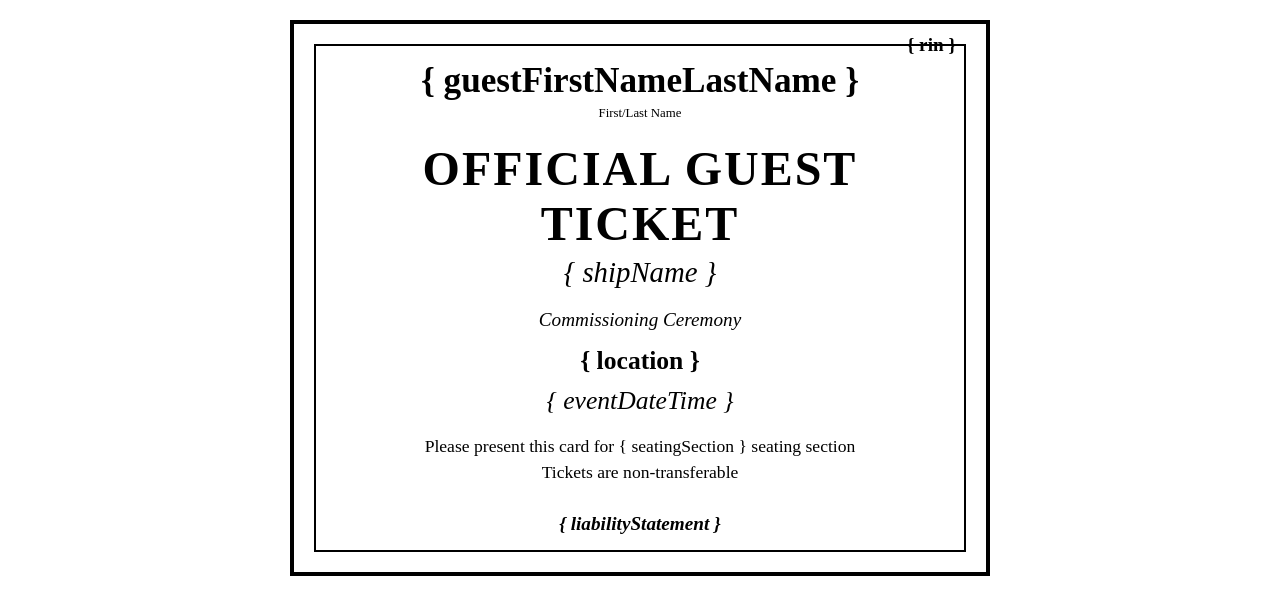
Repository: yaleevans/SabelWeasyPrintPDFLambda
Page: event_ticket_template.html
An editor plug-in stored every save of this project. The page is shown before and after the next save, followed by the edit.
The browser window is 1280 px wide. The pictures show the whole page.

Above is the page before, as saved 2025-10-17 10:22:11.

### event_ticket_template.html
<!DOCTYPE html>
<html>
<head>
    <title>Official Guest Ticket</title>
    <style>
        body {
            margin: 0;
            padding: 0;
            font-family: 'Times New Roman', Times, serif;
            background-color: white;
        }
        .ticket-container {
            border: 4px solid black;
            padding: 20px;
            margin: 20px auto;
            text-align: center;
            color: black;
            box-sizing: border-box;
            width: 700px;
            position: relative;
            height: auto; /* Ensures content dictates height */
        }
        .inner-border {
            border: 2px solid black;
            padding: 15px;
            box-sizing: border-box;

            /* FIX: Removed all Flexbox properties to ensure the container
               only takes the minimum height required for its content. */
            display: block;
            height: auto;
        }
        /* --- NEW CSS FOR OVERLAY --- */
        .ticket-number-overlay {
            position: absolute;
            top: 5px;
            right: 25px;
            padding: 5px;
            font-size: 1.2em;
            font-weight: bold;
            color: black;
            background-color: transparent;
            z-index: 10;
        }
        /* --- CRITICAL FIX: ALL TEXT STYLING CSS IS RE-ADDED HERE --- */
        .content {
            /* FIX: Removed Flexbox properties. Uses standard block flow. */
            display: block;
            width: 100%;
            /* The text-align: center from .ticket-container handles horizontal centering */
        }
        /* All inner elements are block-level and will respect their margins to control spacing */
        .guest-name {
            font-size: 2.2em;
            font-weight: bold;
            margin-bottom: 5px;
        }
        .guest-name-label {
            font-size: 0.8em;
            margin-bottom: 20px;
            color: black;
        }
        .ticket-title {
            font-size: 3em;
            font-weight: bold;
            letter-spacing: 2px;
            margin-bottom: 5px;
            color: black;
        }
        .ship-name {
            font-size: 1.8em;
            font-style: italic;
            margin-bottom: 20px;
            color: black;
        }
        .commissioning-text {
            font-size: 1.2em;
            font-style: italic;
            margin-bottom: 15px;
            color: black;
        }
        .location {
            font-size: 1.6em;
            font-weight: bold;
            margin-bottom: 10px;
        }
        .datetime {
            font-size: 1.6em;
            font-style: italic;
            margin-bottom: 20px;
        }
        .instructions {
            font-size: 1.1em;
            margin-bottom: 5px;
            color: black;
        }
        .transfer-info {
            font-size: 1.1em;
            margin-bottom: 30px;
            color: black;
        }
        .waiver-text {
            font-size: 1.2em;
            font-style: italic;
            font-weight: bold;
        }
    </style>
</head>
<body>
    <div class="ticket-container">

        <div class="ticket-number-overlay">
            { rin }
        </div>

        <div class="inner-border" style="background-color: { background_color }">
            <div class="content">
                <div class="guest-name">{ guestFirstNameLastName }</div>
                <div class="guest-name-label">First/Last Name</div>

                <div class="ticket-title">OFFICIAL GUEST TICKET</div>
                <div class="ship-name">{ shipName }</div>

                <div class="commissioning-text">Commissioning Ceremony</div>

                <div class="location">{ location }</div>
                <div class="datetime">{ eventDateTime }</div>

                <div class="instructions">Please present this card for { seatingSection } seating section</div>
                <div class="transfer-info">Tickets are non-transferable</div>
            </div>
            <!-- The waiver text needs a top margin if it should be separated from the content above -->
            <div class="waiver-text">
                { liabilityStatement }
            </div>
        </div>
    </div>
</body>
</html>

After the next save:
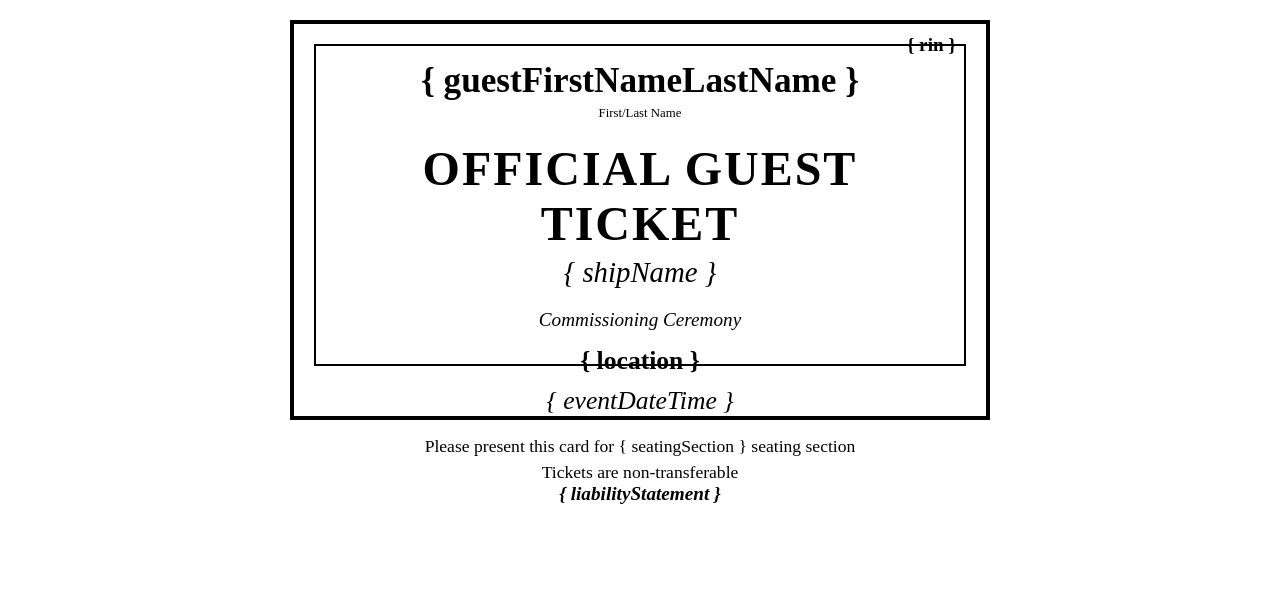
Saved 25 min 59 s later.
--- a/event_ticket_template.html
+++ b/event_ticket_template.html
@@ -3,11 +3,20 @@
 <head>
     <title>Official Guest Ticket</title>
     <style>
+        /* CRITICAL FIX: @page rule removes the default PDF page margins. */
+        @page {
+            margin: 0;
+            /* This ensures the HTML content is the only thing defining the page size,
+               or at least removes the large padding usually applied by the PDF software. */
+        }
+
         body {
             margin: 0;
             padding: 0;
             font-family: 'Times New Roman', Times, serif;
             background-color: white;
+            height: auto;
+            width: auto;
         }
         .ticket-container {
             border: 4px solid black;
@@ -16,19 +25,25 @@
             text-align: center;
             color: black;
             box-sizing: border-box;
+
+            /* FIX: Set EXPLICIT, fixed dimensions for the ticket */
             width: 700px;
+            height: 400px; /* Target height to prevent full-page stretch */
+
             position: relative;
-            height: auto; /* Ensures content dictates height */
         }
         .inner-border {
             border: 2px solid black;
             padding: 15px;
             box-sizing: border-box;
 
-            /* FIX: Removed all Flexbox properties to ensure the container
-               only takes the minimum height required for its content. */
-            display: block;
-            height: auto;
+            /* Re-enable Flexbox and calculate height to fit perfectly inside the 400px container */
+            display: flex;
+            flex-direction: column;
+            justify-content: space-between;
+            align-items: center;
+            /* 100% of 400px container minus 15px top/bottom padding = 370px */
+            height: calc(100% - 30px);
         }
         /* --- NEW CSS FOR OVERLAY --- */
         .ticket-number-overlay {
@@ -42,68 +57,33 @@
             background-color: transparent;
             z-index: 10;
         }
-        /* --- CRITICAL FIX: ALL TEXT STYLING CSS IS RE-ADDED HERE --- */
+        /* --- TEXT STYLING --- */
         .content {
-            /* FIX: Removed Flexbox properties. Uses standard block flow. */
-            display: block;
+            /* Now that .inner-border has a fixed height, flex-grow: 1 is safe
+               and ensures the main content block takes up all available vertical
+               space, pushing the waiver text to the bottom. */
+            flex-grow: 1;
+            display: flex;
+            flex-direction: column;
+            justify-content: center; /* Center the content within the expanded area */
+            align-items: center;
             width: 100%;
-            /* The text-align: center from .ticket-container handles horizontal centering */
         }
-        /* All inner elements are block-level and will respect their margins to control spacing */
-        .guest-name {
-            font-size: 2.2em;
-            font-weight: bold;
-            margin-bottom: 5px;
-        }
-        .guest-name-label {
-            font-size: 0.8em;
-            margin-bottom: 20px;
-            color: black;
-        }
-        .ticket-title {
-            font-size: 3em;
-            font-weight: bold;
-            letter-spacing: 2px;
-            margin-bottom: 5px;
-            color: black;
-        }
-        .ship-name {
-            font-size: 1.8em;
-            font-style: italic;
-            margin-bottom: 20px;
-            color: black;
-        }
-        .commissioning-text {
-            font-size: 1.2em;
-            font-style: italic;
-            margin-bottom: 15px;
-            color: black;
-        }
-        .location {
-            font-size: 1.6em;
-            font-weight: bold;
-            margin-bottom: 10px;
-        }
-        .datetime {
-            font-size: 1.6em;
-            font-style: italic;
-            margin-bottom: 20px;
-        }
-        .instructions {
-            font-size: 1.1em;
-            margin-bottom: 5px;
-            color: black;
-        }
-        .transfer-info {
-            font-size: 1.1em;
-            margin-bottom: 30px;
-            color: black;
-        }
-        .waiver-text {
-            font-size: 1.2em;
-            font-style: italic;
-            font-weight: bold;
-        }
+
+        /* Apply text styles and margins as before */
+        .guest-name { font-size: 2.2em; font-weight: bold; margin-bottom: 5px; }
+        .guest-name-label { font-size: 0.8em; margin-bottom: 20px; color: black; }
+        .ticket-title { font-size: 3em; font-weight: bold; letter-spacing: 2px; margin-bottom: 5px; color: black; }
+        .ship-name { font-size: 1.8em; font-style: italic; margin-bottom: 20px; color: black; }
+        .commissioning-text { font-size: 1.2em; font-style: italic; margin-bottom: 15px; color: black; }
+        .location { font-size: 1.6em; font-weight: bold; margin-bottom: 10px; }
+        .datetime { font-size: 1.6em; font-style: italic; margin-bottom: 20px; }
+        .instructions { font-size: 1.1em; margin-bottom: 5px; color: black; }
+
+        /* We set this margin to 0px so Flexbox can manage the space */
+        .transfer-info { font-size: 1.1em; margin-bottom: 0px; color: black; }
+
+        .waiver-text { font-size: 1.2em; font-style: italic; font-weight: bold; }
     </style>
 </head>
 <body>
@@ -129,7 +109,6 @@
                 <div class="instructions">Please present this card for { seatingSection } seating section</div>
                 <div class="transfer-info">Tickets are non-transferable</div>
             </div>
-            <!-- The waiver text needs a top margin if it should be separated from the content above -->
             <div class="waiver-text">
                 { liabilityStatement }
             </div>
